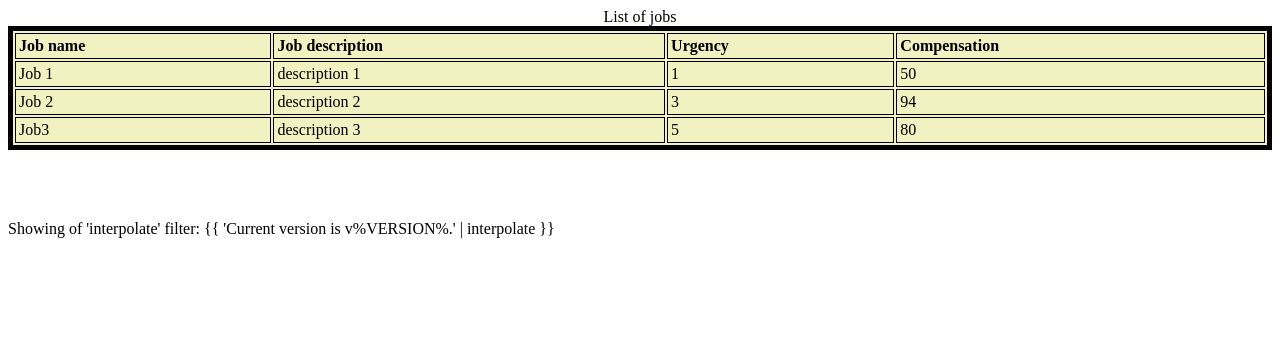
Repository: ultra-koder/JobMarket
Page: angular-seed/app/view2/findjob.html
The author's editor kept a record of every edit. The page is drawn from the files as they stood at one moment, then again after the next edit.
The browser window is 1280 px wide. The pictures show the whole page.

Above is the page before.

After the next edit:
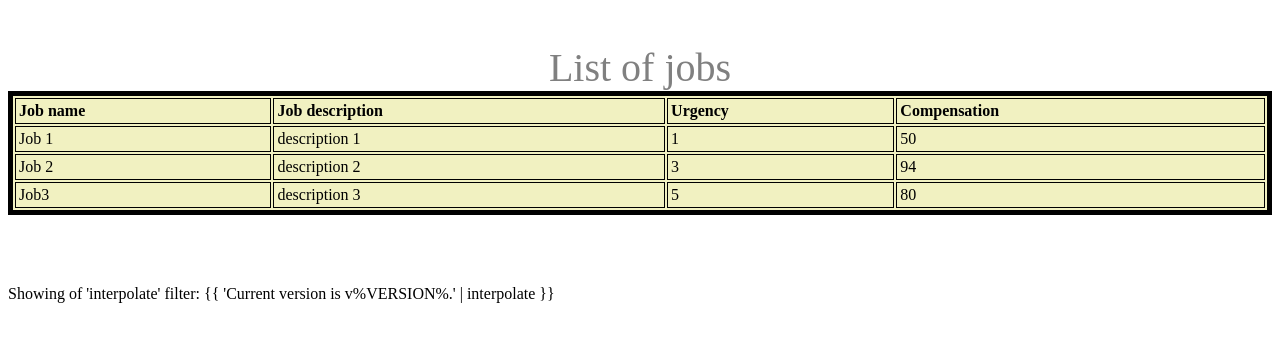
The edit:
--- a/angular-seed/app/view2/findjob.html
+++ b/angular-seed/app/view2/findjob.html
@@ -20,7 +20,8 @@
 
 
 <table id=t01>
-  <caption>List of jobs</caption>
+  <caption><f>List of jobs</f></caption>
+  <br><br>
   <tr>
     <th>Job name</th>
     <th>Job description</th>
